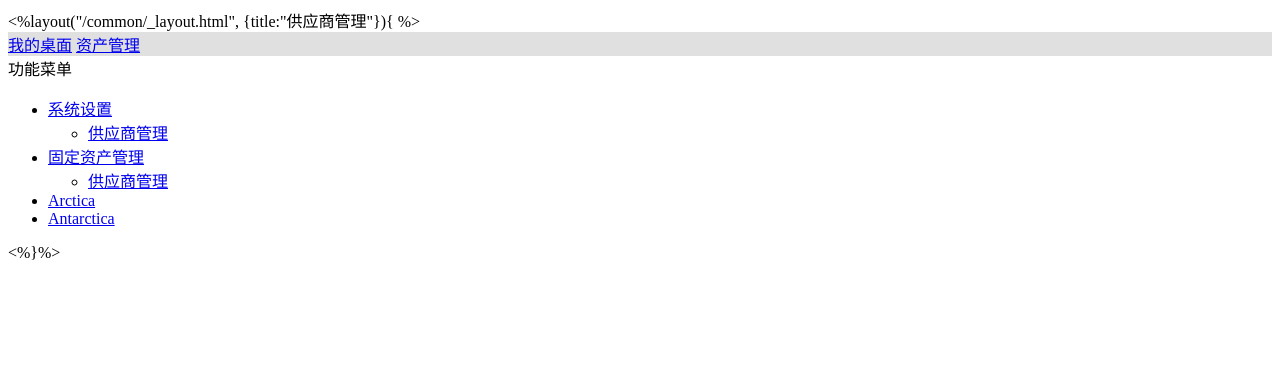
Repository: GaoChengliang/summerTask
Page: Campus_gcl/WebRoot/asset_management/supplier/supplier.html
These files come from the project's save history. The page is drawn as it stood at one moment and after the next save; the edit follows.
The browser window is 1280 px wide. The pictures show the whole page.

Above is the page before, as saved 2015-08-14 12:25:56.
Console error: ReferenceError: jQuery is not defined

After the next save:
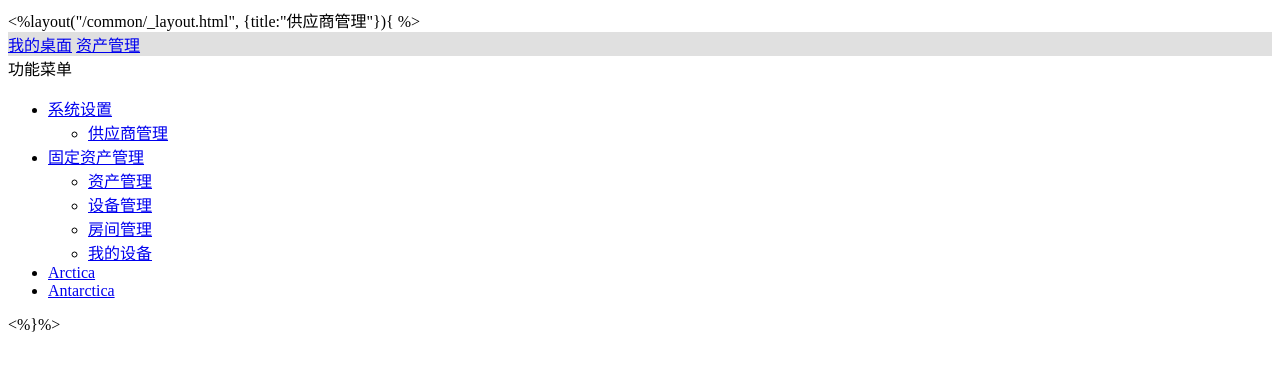
Saved 41 s later.
--- a/Campus_gcl/WebRoot/asset_management/supplier/supplier.html
+++ b/Campus_gcl/WebRoot/asset_management/supplier/supplier.html
@@ -26,7 +26,10 @@
 			   <li class="mtree-node">
 			  	<a href="#" >固定资产管理</a>
 			    <ul class="mtree-level-1">
-			      <li><a href="#">供应商管理</a></li>
+			      <li><a href="#">资产管理</a></li>
+			      <li><a href="#">设备管理</a></li>
+			      <li><a href="#">房间管理</a></li>
+			      <li><a href="#">我的设备</a></li>
 			    </ul>
 			  </li>
 			  <li style="opacity: 1; transform: translateY(0px);"><a href="#">Arctica</a></li>
